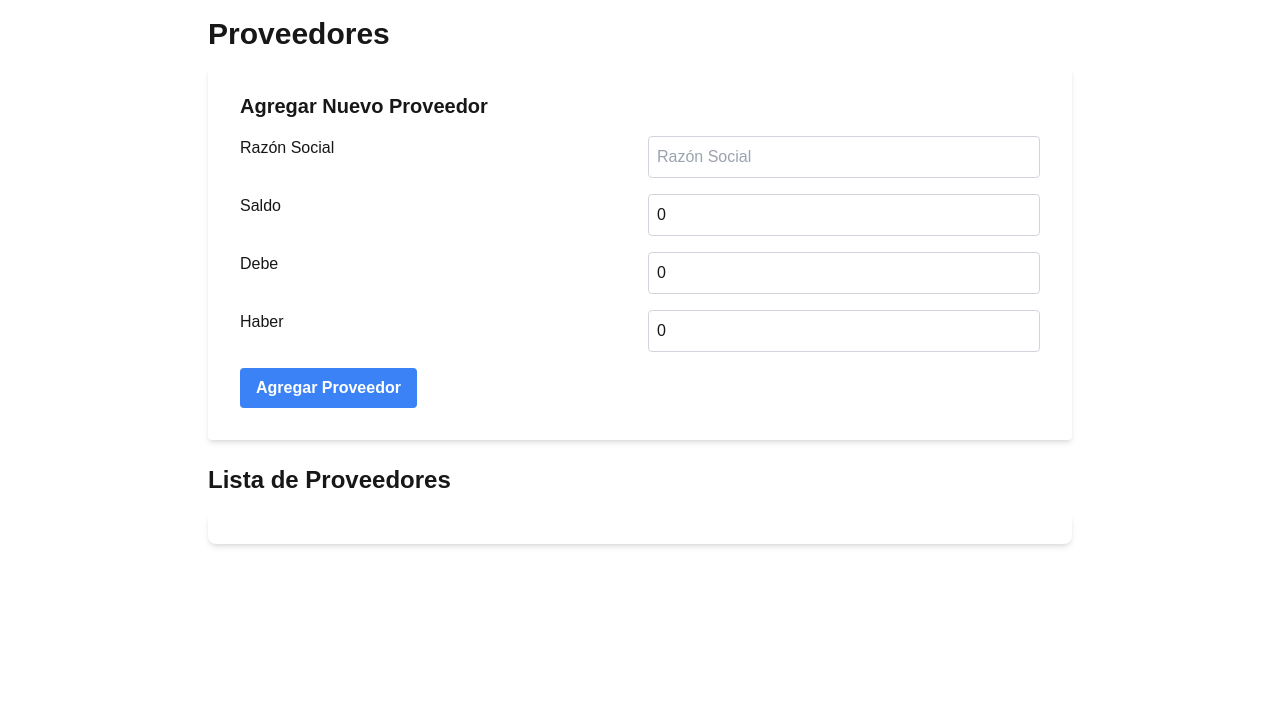
Repository: manucavallera/Sistema-Gestion
Page: /proveedores
These files come from the project's save history. The page is drawn as it stood at one moment and after the next save; the edit follows.
The browser window is 1280 px wide. The pictures show the whole page.
The page's requests for data from a server got no answer. The project was rebuilt for these pictures with package versions that can differ from the ones it lists, and the page was loaded fresh each time. The framework's server and built-in components were replaced by stand-ins that run in the browser. No one was signed in, and anything a server would have sent is missing. Also part of the build but not shown: next.config.mjs.

Above is the page before, as saved 2024-11-20 19:55:13.

### src/app/proveedores/page.tsx
"use client";
import { useEffect, useState } from "react";

interface Proveedor {
  id: number;
  razonSocial: string;
  saldo: number;
  debe: number; // Añadido
  haber: number; // Añadido
}

const ProveedoresPage = () => {
  const [proveedores, setProveedores] = useState<Proveedor[]>([]);
  const [nuevoProveedor, setNuevoProveedor] = useState<Proveedor>({
    id: 0,
    razonSocial: "",
    saldo: 0,
    debe: 0, // Inicializar debe
    haber: 0, // Inicializar haber
  });
  const [isEditing, setIsEditing] = useState(false);
  const [loading, setLoading] = useState(false);
  const [errorMessage, setErrorMessage] = useState("");

  useEffect(() => {
    const fetchProveedores = async () => {
      setLoading(true);
      try {
        const response = await fetch("/api/proveedores");
        const data = await response.json();
        setProveedores(data);
      } catch (error) {
        console.error("Error al cargar proveedores:", error);
      } finally {
        setLoading(false);
      }
    };

    fetchProveedores();
  }, []);

  const handleChange = (e: React.ChangeEvent<HTMLInputElement>) => {
    const { name, value } = e.target;
    setNuevoProveedor((prev) => ({ ...prev, [name]: value }));
  };

  const handleSubmit = async (e: React.FormEvent) => {
    e.preventDefault();
    setErrorMessage("");
    const method = isEditing ? "PUT" : "POST";
    const url = isEditing
      ? `/api/proveedores/${nuevoProveedor.id}`
      : "/api/proveedores";

    try {
      const response = await fetch(url, {
        method,
        headers: {
          "Content-Type": "application/json",
        },
        body: JSON.stringify(nuevoProveedor),
      });

      if (!response.ok) {
        const errorData = await response.json();
        throw new Error(errorData.message || "Error desconocido");
      }

      const proveedorCreado = await response.json();
      if (isEditing) {
        setProveedores((prev) =>
          prev.map((prov) =>
            prov.id === proveedorCreado.id ? proveedorCreado : prov
          )
        );
      } else {
        setProveedores((prev) => [...prev, proveedorCreado]);
      }
      resetForm();
    } catch (error) {
      console.error("Error al guardar el proveedor:", error);
      setErrorMessage(error.message);
    }
  };

  const resetForm = () => {
    setNuevoProveedor({
      id: 0,
      razonSocial: "",
      saldo: 0,
      debe: 0,
      haber: 0,
    });
    setIsEditing(false);
  };

  const handleEdit = (proveedor: Proveedor) => {
    setNuevoProveedor(proveedor);
    setIsEditing(true);
  };

  const handleDelete = async (id: number) => {
    try {
      const response = await fetch(`/api/proveedores/${id}`, {
        method: "DELETE",
      });

      if (!response.ok) {
        throw new Error("Error al eliminar el proveedor");
      }

      setProveedores((prev) => prev.filter((prov) => prov.id !== id));
    } catch (error) {
      console.error("Error al eliminar el proveedor:", error);
      alert(error.message);
    }
  };

  return (
    <div className='max-w-4xl mx-auto p-4'>
      <h1 className='text-3xl font-bold mb-4'>Proveedores</h1>
      <form
        onSubmit={handleSubmit}
        className='mb-6 bg-white shadow-md rounded px-8 pt-6 pb-8'
      >
        <h2 className='text-xl font-semibold mb-4'>
          {isEditing ? "Editar Proveedor" : "Agregar Nuevo Proveedor"}
        </h2>
        {errorMessage && <p className='text-red-500'>{errorMessage}</p>}
        <div className='grid grid-cols-1 md:grid-cols-2 gap-4'>
          <label htmlFor='razonSocial' className='block mb-1'>
            Razón Social
          </label>
          <input
            id='razonSocial'
            type='text'
            name='razonSocial'
            placeholder='Razón Social'
            value={nuevoProveedor.razonSocial}
            onChange={handleChange}
            required
            className='border border-gray-300 rounded p-2'
          />
          <label htmlFor='saldo' className='block mb-1'>
            Saldo
          </label>
          <input
            id='saldo'
            type='number'
            name='saldo'
            placeholder='Saldo'
            value={nuevoProveedor.saldo}
            onChange={handleChange}
            className='border border-gray-300 rounded p-2'
          />
          <label htmlFor='debe' className='block mb-1'>
            Debe
          </label>
          <input
            id='debe'
            type='number'
            name='debe'
            placeholder='Debe'
            value={nuevoProveedor.debe}
            onChange={handleChange}
            className='border border-gray-300 rounded p-2'
          />
          <label htmlFor='haber' className='block mb-1'>
            Haber
          </label>
          <input
            id='haber'
            type='number'
            name='haber'
            placeholder='Haber'
            value={nuevoProveedor.haber}
            onChange={handleChange}
            className='border border-gray-300 rounded p-2'
          />
        </div>
        <button
          type='submit'
          disabled={loading}
          className={`mt-4 ${
            loading ? "bg-gray-400" : "bg-blue-500"
          } text-white font-bold py-2 px-4 rounded hover:bg-blue-700 transition duration-300`}
        >
          {loading
            ? "Guardando..."
            : isEditing
            ? "Actualizar Proveedor"
            : "Agregar Proveedor"}
        </button>
      </form>

      <h2 className='text-2xl font-semibold mb-4'>Lista de Proveedores</h2>
      {loading ? (
        <p>Cargando proveedores...</p>
      ) : (
        <ul className='bg-white shadow-md rounded-lg p-4'>
          {proveedores.map((proveedor) => (
            <li
              key={proveedor.id}
              className='border-b border-gray-200 py-2 flex justify-between items-center'
            >
              <div>
                <span className='font-semibold'>{proveedor.razonSocial}</span> -
                Saldo: ${proveedor.saldo} - Debe: ${proveedor.debe} - Haber: $
                {proveedor.haber}
              </div>
              <div>
                <button
                  onClick={() => handleEdit(proveedor)}
                  className='text-blue-500 hover:underline mr-2'
                >
                  Editar
                </button>
                <button
                  onClick={() => handleDelete(proveedor.id)}
                  className='text-red-500 hover:underline'
                >
                  Eliminar
                </button>
              </div>
            </li>
          ))}
        </ul>
      )}
    </div>
  );
};

export default ProveedoresPage;

Loaded but not shown: src/app/layout.tsx (common file); src/app/globals.css (common file); tailwind.config.ts (common file)

After the next save:
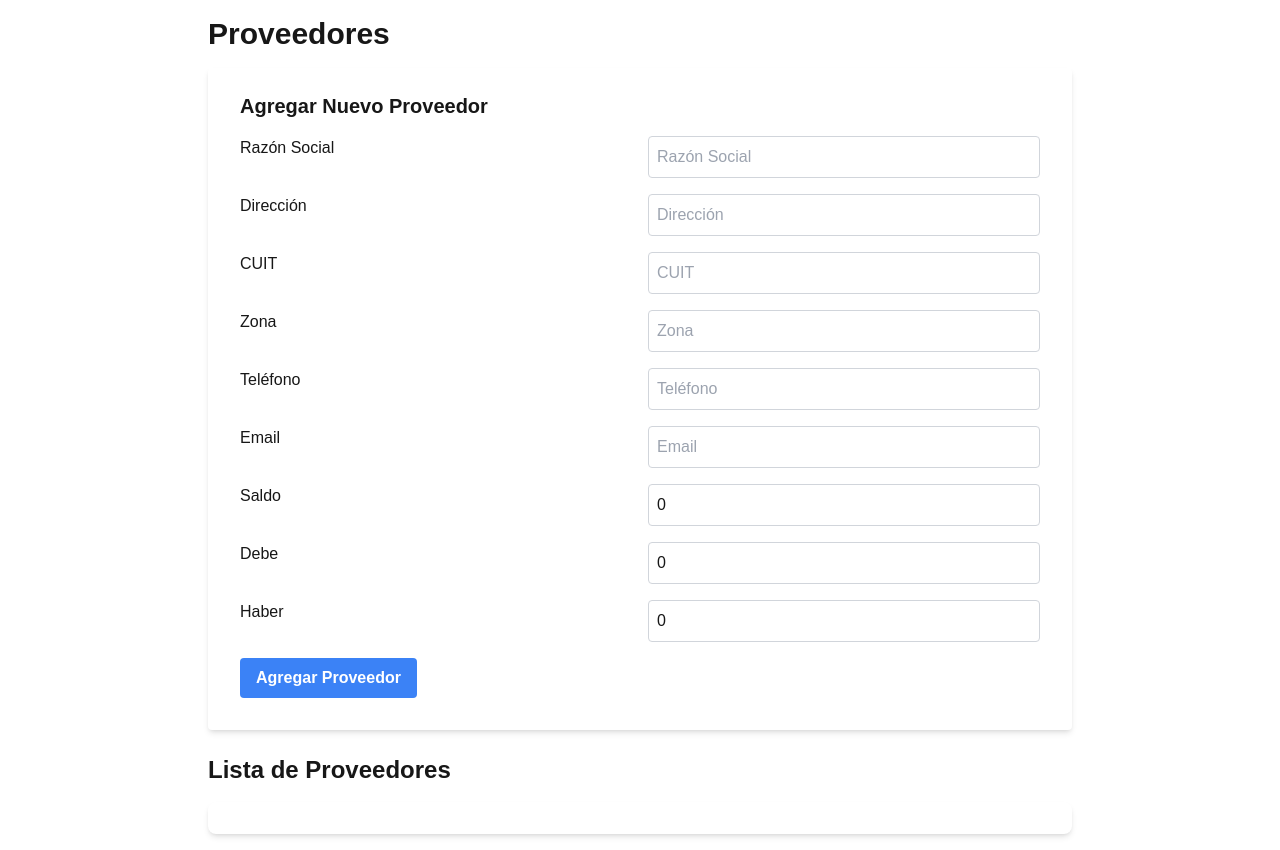
Saved 3 min 54 s later.
--- a/src/app/proveedores/page.tsx
+++ b/src/app/proveedores/page.tsx
@@ -4,9 +4,14 @@ import { useEffect, useState } from "react";
 interface Proveedor {
   id: number;
   razonSocial: string;
+  direccion: string;
+  cuit: string;
+  zona: string;
+  telefono?: string;
+  email?: string;
   saldo: number;
-  debe: number; // Añadido
-  haber: number; // Añadido
+  debe: number;
+  haber: number;
 }
 
 const ProveedoresPage = () => {
@@ -14,9 +19,14 @@ const ProveedoresPage = () => {
   const [nuevoProveedor, setNuevoProveedor] = useState<Proveedor>({
     id: 0,
     razonSocial: "",
+    direccion: "",
+    cuit: "",
+    zona: "",
+    telefono: "",
+    email: "",
     saldo: 0,
-    debe: 0, // Inicializar debe
-    haber: 0, // Inicializar haber
+    debe: 0,
+    haber: 0,
   });
   const [isEditing, setIsEditing] = useState(false);
   const [loading, setLoading] = useState(false);
@@ -87,6 +97,11 @@ const ProveedoresPage = () => {
     setNuevoProveedor({
       id: 0,
       razonSocial: "",
+      direccion: "",
+      cuit: "",
+      zona: "",
+      telefono: "",
+      email: "",
       saldo: 0,
       debe: 0,
       haber: 0,
@@ -128,7 +143,7 @@ const ProveedoresPage = () => {
         </h2>
         {errorMessage && <p className='text-red-500'>{errorMessage}</p>}
         <div className='grid grid-cols-1 md:grid-cols-2 gap-4'>
-          <label htmlFor='razonSocial' className='block mb-1'>
+          <label htmlFor='razonSocial ' className='block mb-1'>
             Razón Social
           </label>
           <input
@@ -139,6 +154,69 @@ const ProveedoresPage = () => {
             value={nuevoProveedor.razonSocial}
             onChange={handleChange}
             required
+            className='border border-gray-300 rounded p-2'
+          />
+          <label htmlFor='direccion' className='block mb-1'>
+            Dirección
+          </label>
+          <input
+            id='direccion'
+            type='text'
+            name='direccion'
+            placeholder='Dirección'
+            value={nuevoProveedor.direccion}
+            onChange={handleChange}
+            required
+            className='border border-gray-300 rounded p-2'
+          />
+          <label htmlFor='cuit' className='block mb-1'>
+            CUIT
+          </label>
+          <input
+            id='cuit'
+            type='text'
+            name='cuit'
+            placeholder='CUIT'
+            value={nuevoProveedor.cuit}
+            onChange={handleChange}
+            required
+            className='border border-gray-300 rounded p-2'
+          />
+          <label htmlFor='zona' className='block mb-1'>
+            Zona
+          </label>
+          <input
+            id='zona'
+            type='text'
+            name='zona'
+            placeholder='Zona'
+            value={nuevoProveedor.zona}
+            onChange={handleChange}
+            required
+            className='border border-gray-300 rounded p-2'
+          />
+          <label htmlFor='telefono' className='block mb-1'>
+            Teléfono
+          </label>
+          <input
+            id='telefono'
+            type='text'
+            name='telefono'
+            placeholder='Teléfono'
+            value={nuevoProveedor.telefono}
+            onChange={handleChange}
+            className='border border-gray-300 rounded p-2'
+          />
+          <label htmlFor='email' className='block mb-1'>
+            Email
+          </label>
+          <input
+            id='email'
+            type='email'
+            name='email'
+            placeholder='Email'
+            value={nuevoProveedor.email}
+            onChange={handleChange}
             className='border border-gray-300 rounded p-2'
           />
           <label htmlFor='saldo' className='block mb-1'>
@@ -205,7 +283,8 @@ const ProveedoresPage = () => {
             >
               <div>
                 <span className='font-semibold'>{proveedor.razonSocial}</span> -
-                Saldo: ${proveedor.saldo} - Debe: ${proveedor.debe} - Haber: $
+                CUIT: {proveedor.cuit} - Teléfono: {proveedor.telefono} - Saldo:
+                ${proveedor.saldo} - Debe: ${proveedor.debe} - Haber: $
                 {proveedor.haber}
               </div>
               <div>
